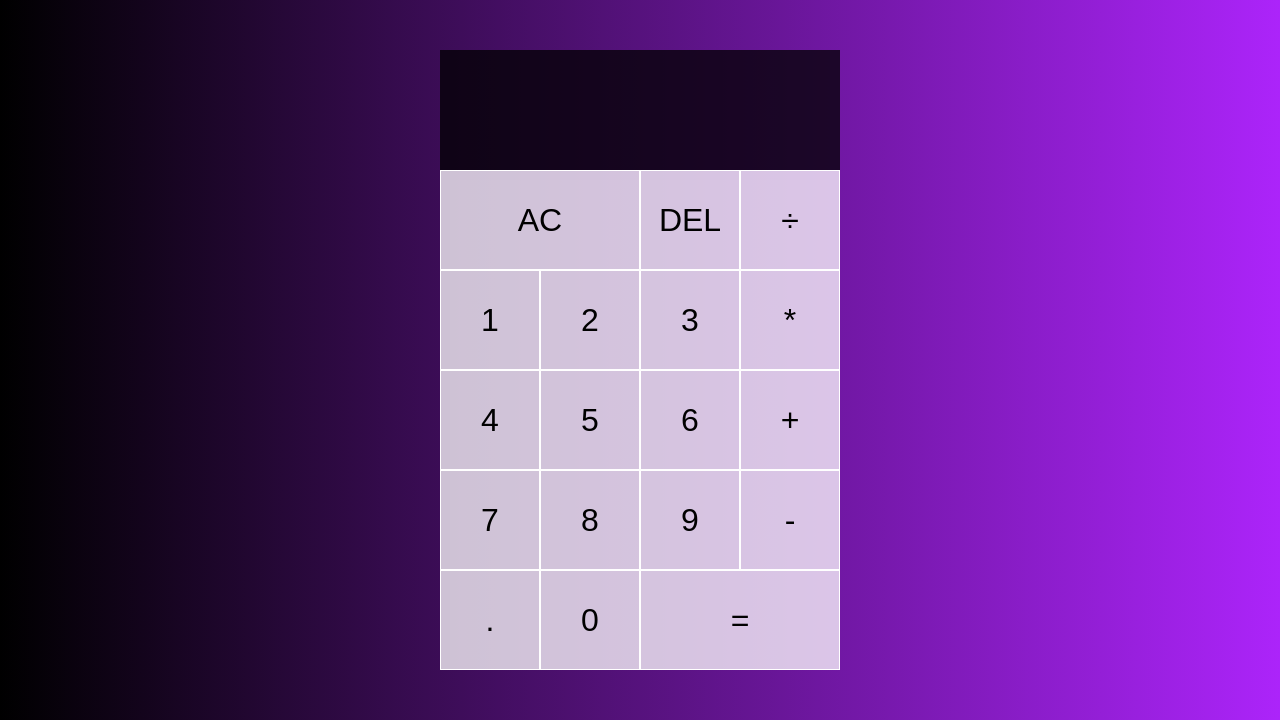
Repository: burntaftermint/calculator
Page: index.html
The author's editor kept a copy of each file at every save. The page is drawn from the files as they stood at one save, then again after the next save.
The browser window is 1280 px wide. The pictures show the whole page.

Above is the page before, as saved 2023-11-01 04:55:49.

### index.html
<!DOCTYPE html>
<html lang="en">
<head>
    <meta charset="UTF-8">
    <meta name="viewport" content="width=device-width, initial-scale=1.0">
    <title>Calculator</title>
    <link href="styles.css" rel="stylesheet">
    <link rel="preconnect" href="https://fonts.googleapis.com">
<link rel="preconnect" href="https://fonts.gstatic.com" crossorigin>

    <script src="script.js" defer></script>
</head>
<body>
    <div class="calculator-grid">
        <div class="output">
            <div data-previous-operand class="previous-operand"></div>
                <div data-current-operand class="current-operand"></div>
        </div>
        <button data-all-clear class="span-two">AC</button>
        <button data-delete>DEL</button>
        <button data-operation>÷</button>
        <button data-number>1</button>
        <button data-number>2</button>
        <button data-number>3</button>
        <button data-operation>*</button>
        <button data-number>4</button>
        <button data-number>5</button>
        <button data-number>6</button>
        <button data-operation>+</button>
        <button data-number>7</button>
        <button data-number>8</button>
        <button data-number>9</button>
        <button data-operation>-</button>
        <button data-number>.</button>
        <button data-number>0</button>
        <button data-equals class="span-two">=</button>

    </div>
</body>
</html>

### styles.css
*::before, *::after {
    box-sizing: border-box;
    font-family: Arial;
    font-weight: normal;
}

body {
    padding: 0;
    margin: 0;
    background: linear-gradient(to right, #000000, #ac24fa);
}

.calculator-grid {
    display: grid;
    justify-content: center;
    align-content: center;
    min-height: 100vh;
    grid-template-columns: repeat(4, 100px);
    grid-template-rows: minmax(120px, auto) repeat(5, 100px);
}

.calculator-grid > button {
    cursor: pointer;
    font-size: 2rem;
    border: 1px solid white;
    outline: none;
    background-color: rgba(255, 255, 255, .75);
}

.calculator-grid > button:hover {
    background-color: rgba(255, 255, 255, 0.9);
}

.span-two {
    grid-column: span 2;
}

.output {
    grid-column: 1 / -1;
    background-color: rgba(0, 0, 0, .75);
    display: flex;
    align-items: flex-end;
    justify-content: space-around;
    flex-direction: column;
    padding: 10px;
    word-wrap: break-word;
    word-break: break-all;
}

.output .previous-operand {
    color: rgba(255, 255, 255, .75);
    font-size: 1.5rem;
}
.output .current-operand {
    color: white;
    font-size: 2.5rem;
}

### script.js
class Calculator {
    constructor(previousOperandTextElement, currentOperandTextElement) {
        this.previousOperandTextElement = previousOperandTextElement
        this.currentOperandTextElement = currentOperandTextElement
        this.clear()
    }

    clear() {
        this.currentOperand = ''
        this.previousOperand = ''
        this.operation = undefined
    }

    delete() {
        this.currentOperand = this.currentOperand.toString().slice(0, -1)
    }

    appendNumber(number) {
        if (number === '.' && this.currentOperand.includes('.')) return
        this.currentOperand = this.currentOperand.toString() + number.toString()
    }

    chooseOperation(operation) {
        if (this.currentOperand === '') return
        if (this.previousOperand !== ''){
            this.compute()
        }
        this.operation = operation
        this.previousOperand = this.currentOperand
        this.currentOperand = ''
    }

    compute() {
        let computation
    const prev = parseFloat(this.previousOperand)
    const current = parseFloat(this.currentOperand)
    if (isNaN(prev) || isNaN(current)) return
    switch (this.operation) {
      case '+':
        computation = prev + current
        break
      case '-':
        computation = prev - current
        break
      case '*':
        computation = prev * current
        break
      case '÷':
        computation = prev / current
        break
      default:
        return
    }
    this.currentOperand = computation
    this.operation = undefined
    this.previousOperand = ''
  }

  getDisplayNumber(number) {
    const stringNumber = number.toString()
    const integerDigits = parseFloat(stringNumber.split('.')[0])
    const decimalDigits = stringNumber.split('.')[1]
    let integerDisplay
    if (isNaN(integerDigits)) {
        integerDisplay = ''
    } else {
        integerDisplay = integerDigits.toLocaleString('en', {
            maximumFractionDigits: 0 })
    }
    if (decimalDigits != null) {
        return `${integerDisplay}.${decimalDigits}`
    } else {
        return integerDisplay
    }
  }

    updateDisplay() {
        this.currentOperandTextElement.innerText =
        this.getDisplayNumber(this.currentOperand)
        if (this.operation != null) {
            this.previousOperandTextElement.innerText =
            `${this.getDisplayNumber(this.previousOperand)} ${this.operation}`
        } else {
            this.previousOperandTextElement.innerText = ''
        }
    }
}

const numberButtons = document.querySelectorAll('[data-number]')
const operationButtons = document.querySelectorAll('[data-operation]')
const equalsButton = document.querySelector('[data-equals]')
const deleteButton = document.querySelector('[data-delete]')
const allClearButton = document.querySelector('[data-all-clear]')
const previousOperandTextElement = document.querySelector('[data-previous-operand]')
const currentOperandTextElement = document.querySelector('[data-current-operand]')

const calculator = new Calculator(previousOperandTextElement, currentOperandTextElement)

numberButtons.forEach(button => {
    button.addEventListener('click', () => {
      calculator.appendNumber(button.innerText)
      calculator.updateDisplay()
    })
})

operationButtons.forEach(button => {
    button.addEventListener('click', () => {
      calculator.chooseOperation(button.innerText)
      calculator.updateDisplay()
    })
})

equalsButton.addEventListener('click', button => {
    calculator.compute()
    calculator.updateDisplay()
  })

  allClearButton.addEventListener('click', button => {
    calculator.clear()
    calculator.updateDisplay()
  })

  deleteButton.addEventListener('click', button => {
    calculator.delete()
    calculator.updateDisplay()
  })

After the next save:
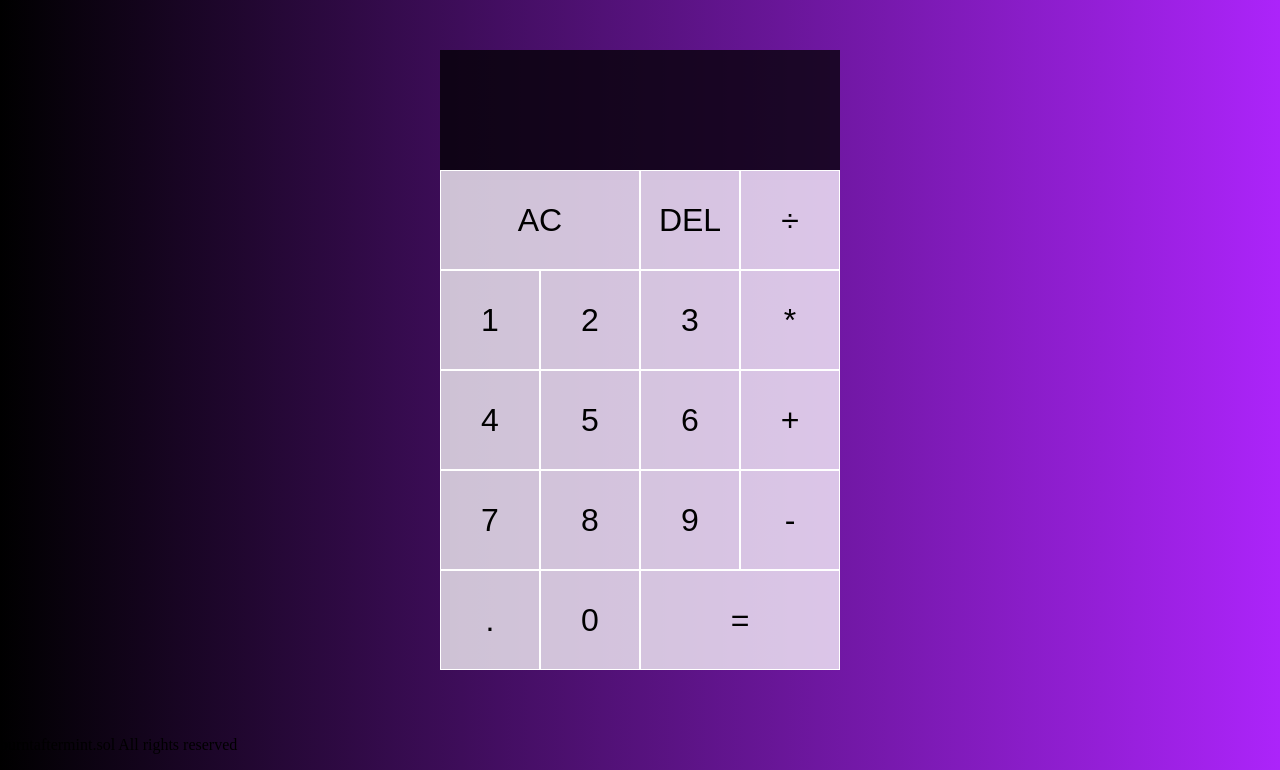
Saved 75 s later.
--- a/index.html
+++ b/index.html
@@ -36,5 +36,16 @@
         <button data-equals class="span-two">=</button>
 
     </div>
+    <div class="social__media">
+
+        <p class="website__rights">burntaftermint.sol All rights reserved</p>
+        <div class="social__icons">
+            <a href="/" class="social__icon--link">
+
+            </a>
+        </div>
+    </div>
+   </div>
+
 </body>
 </html>
